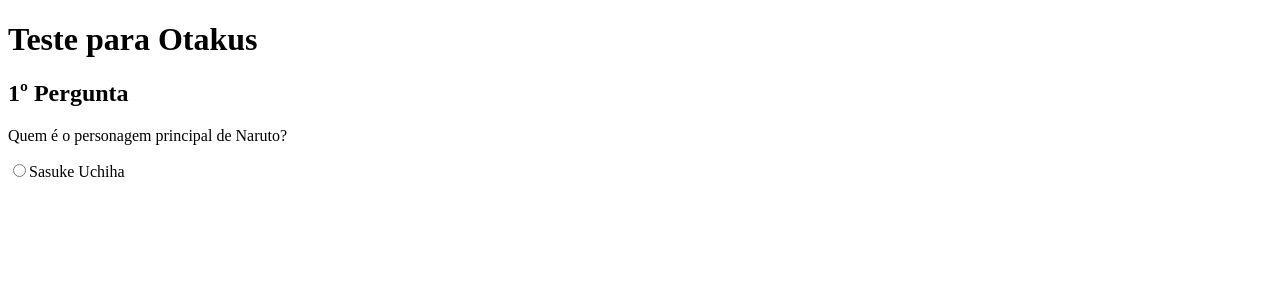
Repository: raullino230/Otako-Quiz
Page: site.html
An editor plug-in stored every save of this project. The page is shown before and after a run of saves, followed by the edit.
The browser window is 1280 px wide. The pictures show the whole page.

Above is the page before, as saved 2025-09-30 20:24:22.

### site.html
<!DOCTYPE html>
<html lang="en">
<head>
    <meta charset="UTF-8">
    <meta name="viewport" content="width=device-width, initial-scale=1.0">
    <title>Quiz Otaku</title>
    <link rel="stylesheet" href="styles.css">
</head>
<body>
    <h1 class="titulo">Teste para Otakus</h1>
    <h2 class="questão1">1º Pergunta</h2>
    <form id="alternativa1">
        <p id="a1" class="quiz1"> Quem é o personagem principal de Naruto?</p>
        <label>
            <input type="radio" name="alternativa1" value="a">Sasuke Uchiha
        </label>
    </form>

</body>
</html>

Loaded but not shown: styles.css (no copy from this time; the picture is the same without it)

After the next 2 saves:
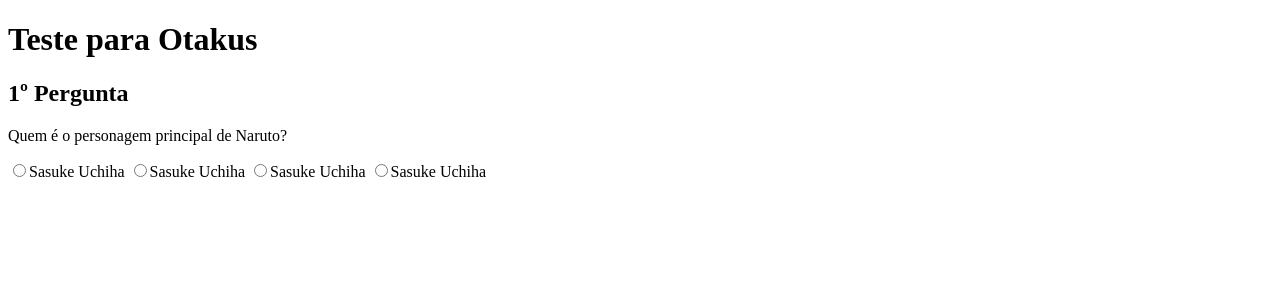
The 2 saves are shown as one change because they came seconds apart.
The last was saved 22 s later.
--- a/site.html
+++ b/site.html
@@ -14,6 +14,15 @@
         <label>
             <input type="radio" name="alternativa1" value="a">Sasuke Uchiha
         </label>
+        <label>
+            <input type="radio" name="alternativa1" value="a">Sasuke Uchiha
+        </label>
+        <label>
+            <input type="radio" name="alternativa1" value="a">Sasuke Uchiha
+        </label>
+        <label>
+            <input type="radio" name="alternativa1" value="a">Sasuke Uchiha
+        </label>
     </form>
 
 </body>
